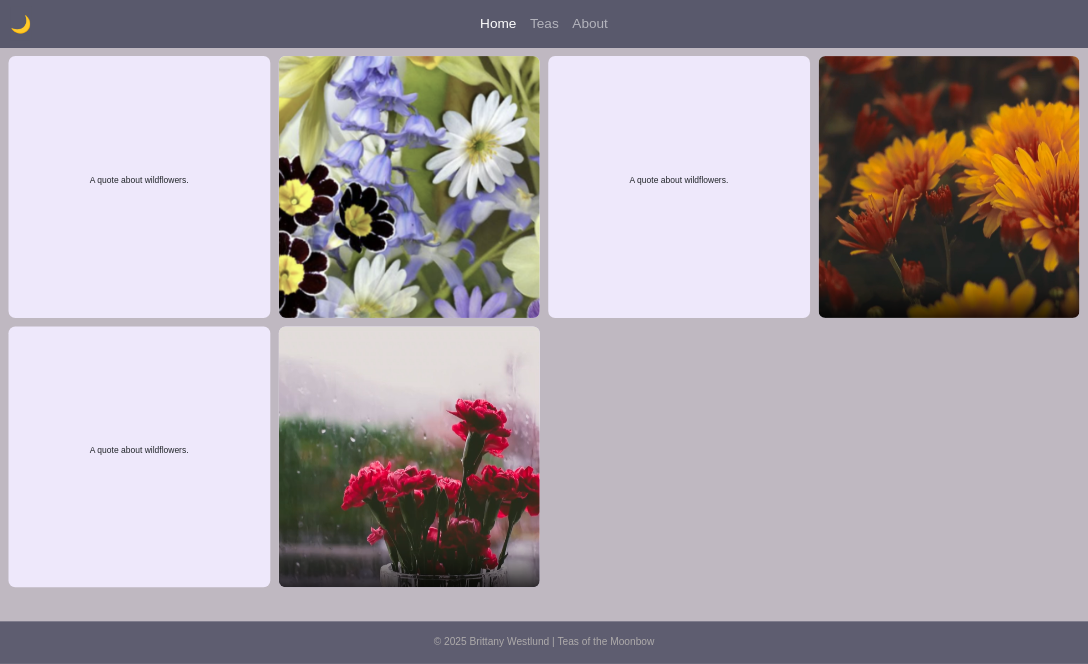
Repository: Brittany-Westlund/WebDesign
Page: FinalProject/about.html
An editor plug-in stored every save of this project. The page is shown before and after the next save, followed by the edit.
The browser window is 1280 px wide. The pictures show the whole page, at 85% of full size.
Backgrounds fixed to the window are drawn as part of the page.

Above is the page before, as saved 2025-12-03 21:11:38.

### FinalProject/about.html
<!DOCTYPE html>
<html lang="en">
  <head>
    <meta charset="UTF-8">
    <meta name="viewport" content="width=device-width, initial-scale=1.0">
    <meta name="description" content="A personal website designed to showcase work, ideas, and personality.">
    <title>The title of the browser tab</title>
    <link href="https://cdn.jsdelivr.net/npm/bootstrap@5.3.0/dist/css/bootstrap.min.css" rel="stylesheet">
    <link rel="stylesheet" href="style/style.css">
    <link rel="icon" type="image/x-icon" href="images/favicon.ico">
  </head>
  <body>
   <nav class="navbar navbar-expand-lg sticky-top bg-dark" data-bs-theme="dark">
    <div class="container-fluid">
      <a class="navbar-brand" href="#">🌙</a>
        <button class="navbar-toggler ms-auto" type="button" data-bs-toggle="collapse" data-bs-target="#navbarSupportedContent" aria-controls="navbarSupportedContent" aria-expanded="false" aria-label="Toggle navigation">
          <span class="navbar-toggler-icon"></span>
    </button>
    <div class="collapse navbar-collapse" id="navbarSupportedContent">
    <ul class="navbar-nav mx-auto mb-2 mb-lg-0 align-items-end">
      <li class="nav-item">
        <a class="nav-link active" aria-current="page" href="index.html">Home</a>
      </li>
      <li class="nav-item">
        <a class="nav-link" href="contact.html">Teas</a>
      </li>
      <li class="nav-item">
        <a class="nav-link" href="about.html">About</a>
      </li> <!-- I added this entire list item to Bootstrap's default code. Add more if needed! -->
    </ul>
    </div>
  </div>
  </nav>
    <main>

       <!-- Parallax Banner -->
    <section class="moonbow-banner"
            style="background-image: url('images/TeacupVillageShort.png');">
      <div class="moonbow-banner-overlay">
        <div class="moonbow-banner-content">
        </div>
      </div>
    </section>

 <!-- Here is my gallery section -->
    <div class="gallery">
      <div class="item"><p>A quote about wildflowers.</p></div>
      <div class="item"><img src="images/wildflowers-square.png" alt="A closeup of wildflowers"></div>
      <div class="item"><p>A quote about wildflowers.</p></div>
      <div class="item"><img src="images/orange-flowers.png" alt="A closeup of orange flowers"></div>
      <div class="item"><p>A quote about wildflowers.</p></div>
      <div class="item"><img src="images/red-flowers.png" alt="A closeup of red flowers"></p></div>
    </div>

    </main>
    <footer>
      <p>&copy; <span id="year"></span> Brittany Westlund | Teas of the Moonbow</p>

      <script>
      document.getElementById("year").textContent = new Date().getFullYear();
      </script>
    </footer>
    <script src="https://cdn.jsdelivr.net/npm/bootstrap@5.3.0/dist/js/bootstrap.bundle.min.js"></script>
  </body>
</html>

### FinalProject/style/style.css
.playwrite-us-trad-guides-regular {
  font-family: "Playwrite US Trad Guides", cursive;
  font-weight: 400;
  font-style: normal;
}


.raleway-regular {
  font-family: "Raleway", sans-serif;
  font-optical-sizing: auto;
  font-weight: 200;
  font-style: normal;
}







body {
  background-color: #bfb8c1;
  margin: 0;
  font-family: "Raleway", sans-serif;
}

.navbar-brand {
  position: absolute;
  top: 8px;
  background-color: rgba(89, 89, 108);
  transition: transform 0.5s ease;
}

.navbar-brand:hover {
  transform: scale(1.15);
}

.bg-dark {
  background-color: rgba(89, 89, 108) !important;
}



.carousel-item img {
  max-height: 680px;
  object-fit: cover;
  width: 100%;
}

header {
  text-align: center;
  margin-top: 2rem;
  margin-bottom: 1.5rem;
}

.gallery {
  display: grid;
  grid-template-columns: repeat(auto-fit, minmax(400px, 1fr));
  gap: 10px;
  margin: auto;
  padding: 10px;
}

.item {
  background-color: #fcf9ff;
  border-radius: 8px;
  aspect-ratio: 1 / 1;
  display: flex;
  justify-content: center;
}

.item img {
  padding: 0;
  width: 100%;
  height: auto; /* maintains the image's aspect ratio */
  display: block; /* clears any space after the image */
  border-radius: 8px;

}

.item p {
  text-align: center;
  display: flex;
  align-items: center;
  font-size: 10px;
}

footer {
  text-align: center;
  background-color: rgba(89, 89, 108, 0.95);
  height: 50px;
  padding-top: 15px;
  color: #aeabab;
  font-size: 12px !important;
  margin-top: 30px !important;
}









.page-wrapper {
  max-width: 800px;
  margin: 0 auto;
  padding: 20px;
}

/* The featured section */
.featured-section {
  display: grid;
  grid-template-columns: 1fr 2fr;
  grid-template-rows: auto auto;
  gap: 10px;
  align-items: start;
}


.blog-preview {
  display: flex; /* activates Flexbox */
  flex-direction: row; /* aligns items in a row (default, but explicit is good) */
  align-items: center; /* vertically centers items within the row */
  gap: 20px; /* adds space between items */
  max-width: 80%; /* controls total width of the content block */
  margin: 80px auto; /* centers on page with top/bottom space */
  padding: 20px 40px; /* adds subtle inner space from edges */
}

.blog-preview img {
  width: 30%;      /* image takes up 45% of the total width of .blog-preview */
  height: auto;    /* keeps proportions correct */
  border-radius: 8px; /* optional, softens corners */
}

.blog-list {
  display: flex;
  flex-direction: column;
  gap: 10px;
  max-width: 100%;
}
.blog-text {
  display: flex;
  flex-direction: column; /* stacks each text element vertically */
  gap: 10px; /* adds consistent space between elements */
}
.date {
  font-family: Arial, Helvetica, sans-serif;
  font-size: 0.8rem;
  color: #666;
  margin: 0;
}

.post-title {
  font-family: Arial, Helvetica, sans-serif;
  font-size: 2rem;
  font-weight: 600;
  line-height: 1.3;
  margin: 0;
}

.post-preview {
  font-family: Arial, Helvetica, sans-serif;
  font-size: 0.9rem;
  color: #6d6d6d;
  line-height: 1.6;
  margin: 0;
}

.read-more {
  font-family: Arial, Helvetica, sans-serif;
  text-decoration: none;
  font-weight: bold;
  color: #8fafa7;
  margin-top: 10px;
}




.right-column {
  grid-column: 2;
  grid-row: 1 / 3; /* spans both rows — hero + cards */
  display: flex;
  flex-direction: column;
  gap: 20px;
}

.hero {
  grid-column: 2;
  grid-row: 1;
  max-height: 300px;
  overflow: hidden;
}

.hero img {
  width: 100%;
  height: auto;
  display: block;
}





.card-section {
  grid-column: 1 / 3; /* spans both columns */
  grid-row: 2;
  display: flex;
  gap: 10px;
}

.card {
  display: flex;
  flex-direction: column;
  flex: 1;
  gap: 10px;
  padding: 20px;
  background-color: gainsboro;
  max-width: 300px;
  width: 100%;
  margin-bottom: 20px;
}

.card img {
  width: 100%;
  height: auto;
  border-radius: 8px;
}




/* Compact blog previews ONLY inside the featured section */

.featured-section .blog-preview {
  max-width: 100% !important;
  margin: 0px 0 !important;
  padding: 10px 0 !important;   /* removes the 40px left/right padding */
  gap: 10px;
  width: 100%;
  box-sizing: border-box;
}

.featured-section .blog-preview img {
  width: 80px;
}

.featured-section .blog-text {
font-size: 0.6rem;
}

.featured-section .post-preview {
font-size: 0.6rem;
line-height: 1;
}

.featured-section .post-title {
font-size: 0.8rem;
line-height: 1;
}

.featured-section .date {
font-size: 0.5rem;
}

.featured-section .read-more {
margin-top: 0px !important;
}




.featured-section .card {
  height: 290px;
}

.featured-section .card h3 {
  font-size: 1rem;
  margin: 0 0;
}

.featured-section .card p {
  font-size: 0.8rem;
  margin-top: 5px;
}

/* End of featured section */












/* Start of Gallery section */

.gallery {
  display: grid;
  grid-template-columns: repeat(auto-fit, minmax(250px, 1fr));
  gap: 10px;
  margin: auto;
  padding: 10px;
}

.item {
  background-color: #eee8fb;
  border-radius: 8px;
  aspect-ratio: 1 / 1;
  display: flex;
  justify-content: center;
}

.item img {
  padding: 0;
  width: 100%;
  height: auto; /* maintains the image's aspect ratio */
  display: block; /* clears any space after the image */
  border-radius: 8px;

}

.item p {
  text-align: center;
  display: flex;
  align-items: center;
}

/* End of Gallery section */












/* The main footer container */

.footer {
  display: flex; /* Places all footer sections (icons + lists) side by side in a row */
  justify-content: space-between; /* Adds equal space between each section horizontally */
  align-items: flex-start; /* Aligns all sections to the top of the footer */
  background-color: #d5d0dd; /* Sets the footer’s background color */
  padding: 30px 100px; /* Adds space inside the footer: 30px top/bottom, 100px left/right */
  font-family: Arial, Helvetica, sans-serif; /* Sets the font for the entire footer */
}

.footer ul {
  list-style: none; /* Removes the default bullets from list items */
  padding: 0; /* Removes default padding inside the <ul> */
  margin: 0; /* Removes default margin outside the <ul> */
}

.footer li {
  margin-bottom: 6px; /* Adds a little space between each list item */
  font-size: 8px; /* Makes the text slightly smaller for a neat footer look */
}

.social-icons img {
  width: 22px; /* Sets consistent icon size */
  margin-right: 10px; /* Adds space between the icons */
  vertical-align: middle; /* Keeps icons visually aligned with any text nearby */
}



a:focus, button:focus, input:focus {
  outline: 2px solid #4a90e2;
  outline-offset: 2px;
}






/* Parallax Banner */

.parallax-banner {
  height: 500px;
  background-size: cover;
  background-position: bottom;
  background-attachment: fixed; /* parallax */
  position: relative;
}

.parallax-banner-overlay {
  height: 100%;
  width: 100%;
  background: rgba(0, 0, 0, 0.25); /* optional soft darkening */
}

.parallax-banner-content {
  position: absolute;
  bottom: 40px;
  left: 50%;
  transform: translateX(-50%);
  text-align: center;
  color: #faf7e8;
  text-shadow: 0 0 10px #000;
}


/* Mobile fix: background-attachment: fixed can be janky */
@media (max-width: 768px) {
  .parallax-banner {
    background-attachment: scroll;
  }

  .parallax-banner-content h1 {
    font-size: 2rem;
  }

  .parallax-banner {
    height: 320px;
  }
}

/* End of Parallax Banner */





/* Popup (hidden at first) */

#popup {
  position: fixed;
  top: 50%;
  left: 50%;
  transform: translate(-50%, -50%) scale(0.9);

  opacity: 0;
  pointer-events: none;
  transition: 0.3s ease;

  z-index: 1000; /* brings the popup to the front */

  /* 🌙 Moonbow Cute Popup Styling */
  width: 420px;             /* wider, more roomy */
  max-width: 92%;
  padding: 58px 62px;        /* extra breathing room */
  border-radius: 20px;      /* soft & huggable */
  background: rgba(89, 89, 108, 0.95);   /* twilight card */
  backdrop-filter: blur(10px);           /* dreamy fog */
  color: #e5dee7;
  font-size: 1.05rem;       /* friendlier type scale */
  line-height: 1.5;
  box-shadow:
      0 0 25px rgba(200,180,255,0.35),
      0 0 60px rgba(150,120,255,0.2),
      0 8px 20px rgba(0,0,0,0.4);
  display: flex;
  flex-direction: column;
  align-items: stretch;
  gap: 18px;                /* space between items */
  text-align: center;       /* cleaner heading */
}

/* Popup becomes visible */
#popup.open {
  opacity: 1;
  pointer-events: auto;
  transform: translate(-50%, -50%) scale(1);
}

/* Pulse animation on the Sign Up button */
@keyframes pulse {
  0% { transform: scale(1); }
  50% { transform: scale(1.05); }
  100% { transform: scale(1); }
}

#openPopup {
  animation: pulse 3s ease-in-out infinite;
  margin-bottom: 40px;
}

main h3,
#openPopup {
  display: block;
  margin: 20px auto;
  text-align: center;

}

button {
  border-radius: 20px;
  background: rgba(174, 104, 66, 0.95);
  width: 100px;
  height: 30px;
  border: none;
  padding: 10px, 15px;
  color: #d2cece;
  display: block;
  margin: 0 auto;
}

/* End popup */









@media (max-width: 600px) {
  /* Styles for mobile screens */
}

@media (min-width: 600px) and (max-width: 1024px) {
  /* Styles for tablets */
}

After the next save:
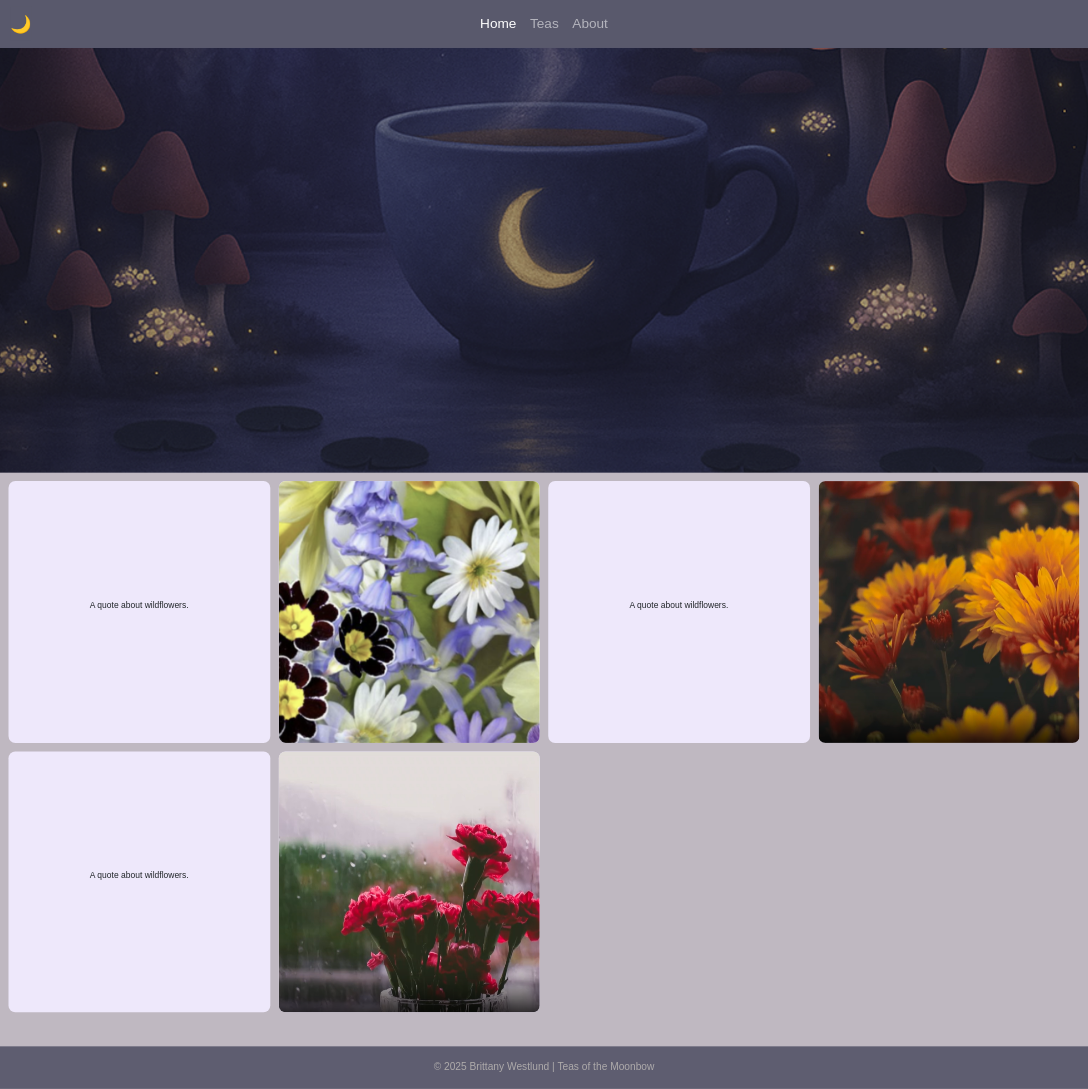
Saved 17 s later.
--- a/FinalProject/about.html
+++ b/FinalProject/about.html
@@ -34,10 +34,10 @@
     <main>
 
        <!-- Parallax Banner -->
-    <section class="moonbow-banner"
+    <section class="parallax-banner"
             style="background-image: url('images/TeacupVillageShort.png');">
-      <div class="moonbow-banner-overlay">
-        <div class="moonbow-banner-content">
+      <div class="parallax-banner-overlay">
+        <div class="parallax-banner-content">
         </div>
       </div>
     </section>
